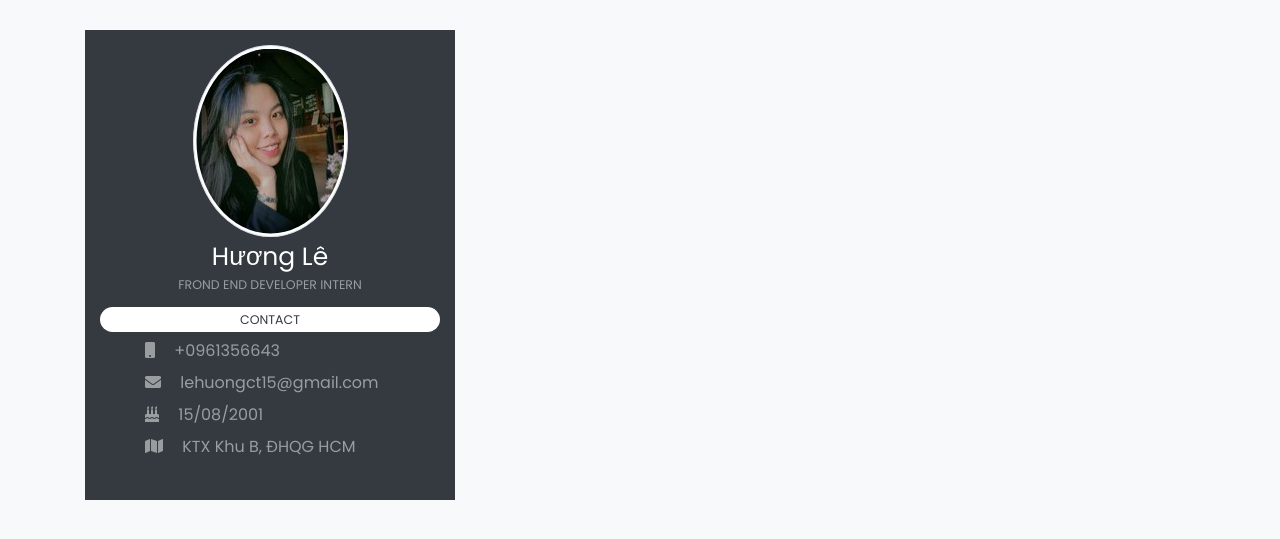
Repository: huongle158/cvhuongle
Page: index.html
These files come from the project's save history. The page is drawn as it stood at one moment and after the next save; the edit follows.
The browser window is 1280 px wide. The pictures show the whole page.
Some web libraries are served in a nearby version.

Above is the page before, as saved 2021-12-12 23:27:16.

After the next save:
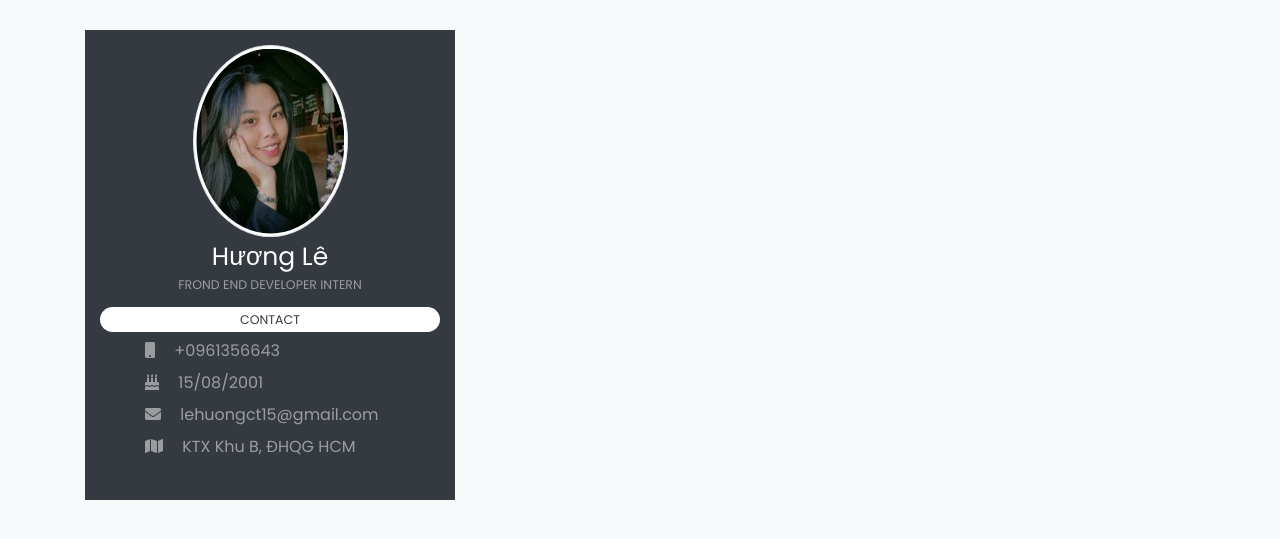
Saved 20 s later.
--- a/index.html
+++ b/index.html
@@ -48,12 +48,12 @@
                       +0961356643
                   </li>
                   <li class="list-item mb-4">
+                      <i class="fas fa-birthday-cake mx-4"></i>
+                     15/08/2001
+                  </li>
+                  <li class="list-item mb-4">
                       <i class="fa fa-envelope mx-4"></i>
                       lehuongct15@gmail.com
-                  </li>
-                  <li class="list-item mb-4">
-                      <i class="fas fa-birthday-cake mx-4"></i>
-                     15/08/2001
                   </li>
                   <li class="list-item mb-4">
                       <i class="fa fa-map mx-4"></i>
